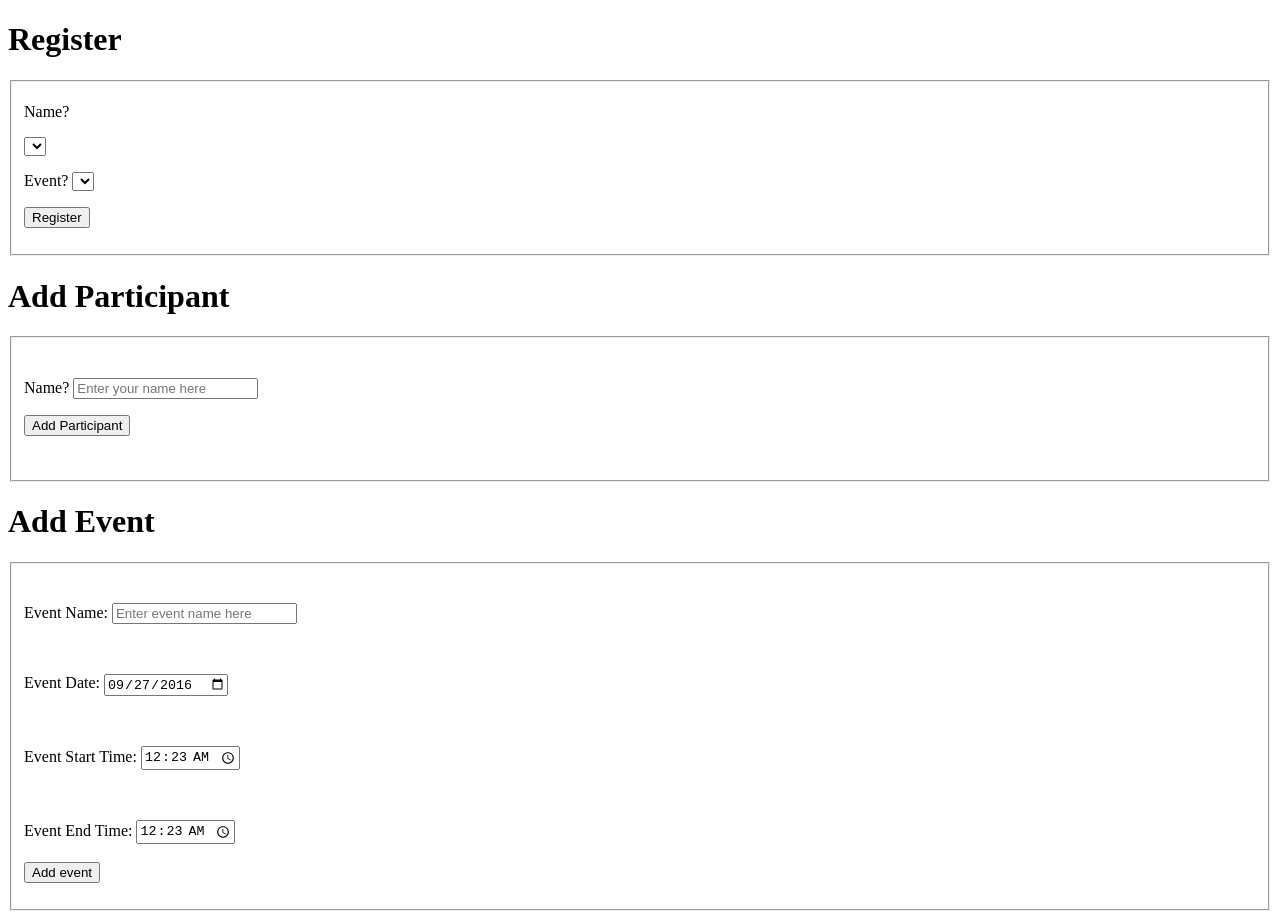
Repository: erickzhao/Event-Registration-Application
Page: http://localhost/
An editor plug-in stored every save of this project. The page is shown before and after the next save, followed by the edit.
The browser window is 1280 px wide. The pictures show the whole page.
The page is run by PHP 8.4 with error messages shown; the project is at /var/www/html/.

Above is the page before, as saved 2016-09-28 05:15:43.

After the next save:
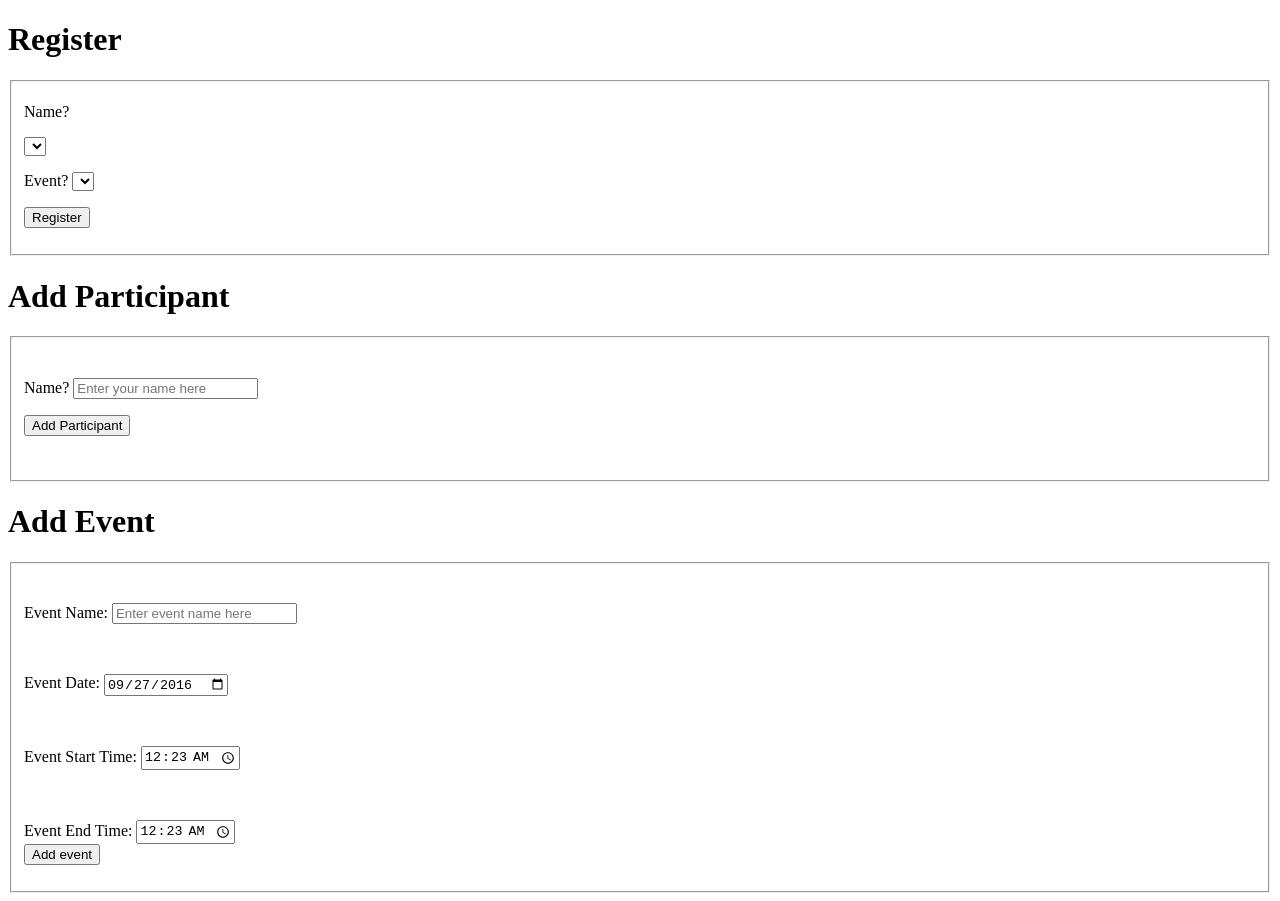
Saved 5 s later.
--- a/workspace-web/EventRegistration/EventRegistration/index.php
+++ b/workspace-web/EventRegistration/EventRegistration/index.php
@@ -93,7 +93,7 @@
 			?>
 			</span></p>
 			<br>
-			<p> Event End Time: <input type="time" name="endtime" value="<?php echo date('H:i'); ?>" /> <br>
+			<p> Event End Time: <input type="time" name="endtime" value="<?php echo date('H:i'); ?>" />
 			<span class="error">
 			<?php
 			if (isset($_SESSION['errorEventendtime']) && !empty($_SESSION['errorEventendtime'])){
